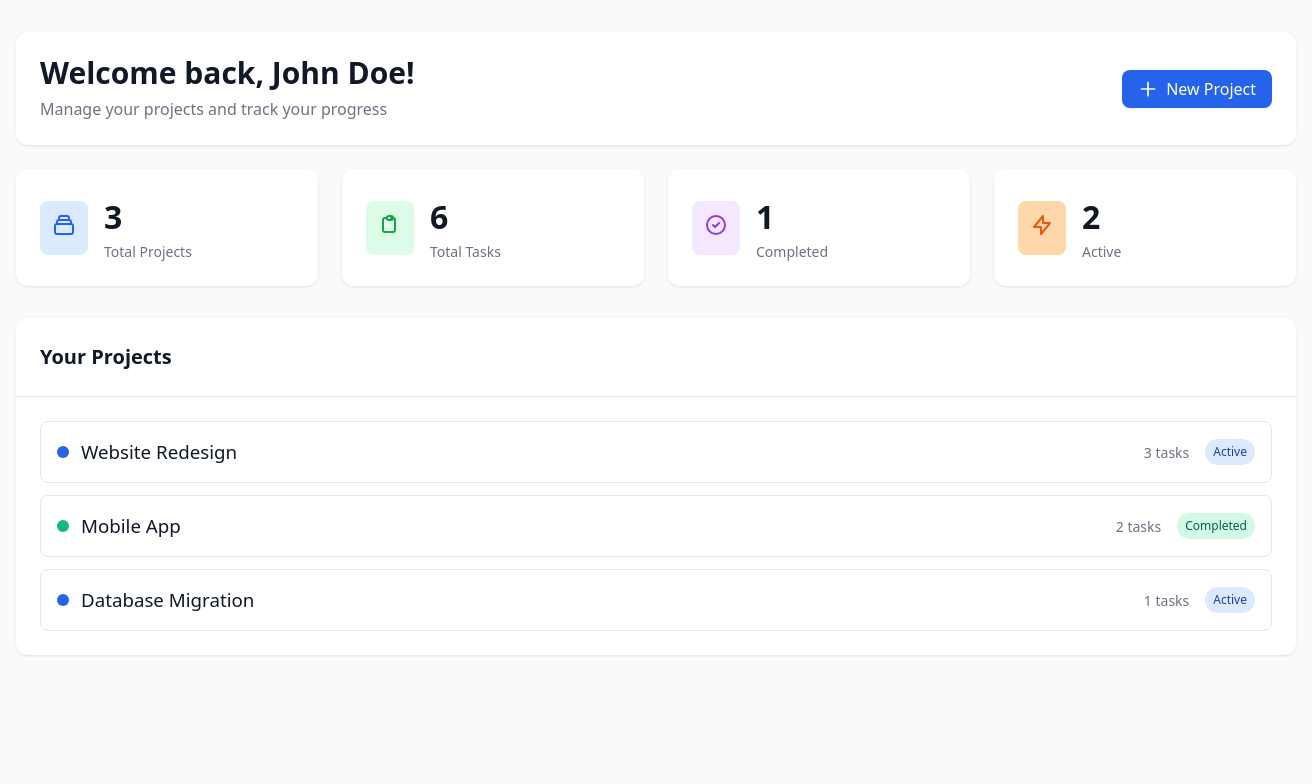
Repository: him021204/Task-Manager
Page: /dashboard (app in client/)
An editor plug-in stored every save of this project. The page is shown before and after the next save, followed by the edit.
The browser window is 1280 px wide. The page is 1312 px wide, so the pictures cover 1312 px, including what lies to the right of the window. The pictures show the whole page.
The page's requests for data from a server got no answer. The project was rebuilt for these pictures with package versions that can differ from the ones it lists, and the page was loaded fresh each time. Some packages were replaced by stand-ins written for this rebuild. No one was signed in, and anything a server would have sent is missing. Also part of the build but not shown: client/vite.config.js, client/src/pages/Login.jsx, client/src/pages/Register.jsx, client/src/pages/Analytics.jsx, client/src/pages/CalendarView.jsx.

Above is the page before, as saved 2025-06-15 16:35:39.

After the next save:
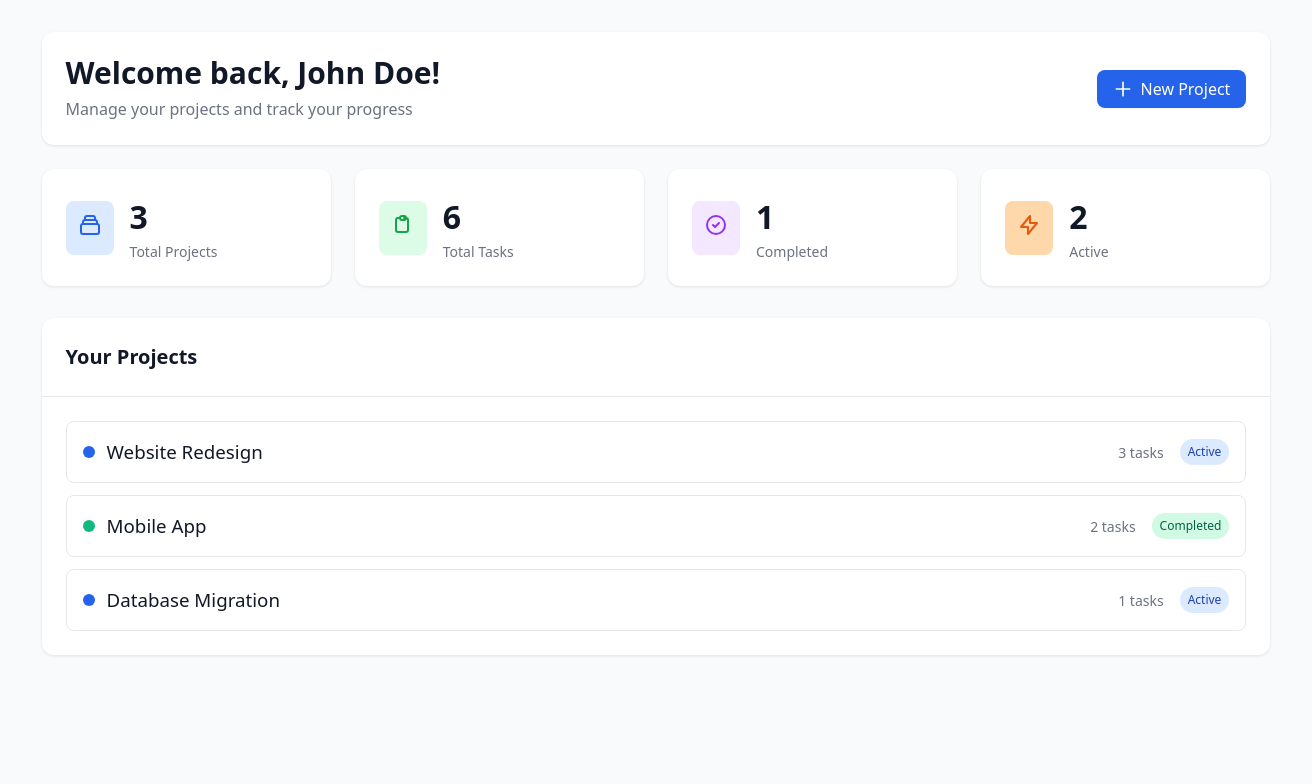
Saved 16 s later.
--- a/client/src/pages/Dashboard.css
+++ b/client/src/pages/Dashboard.css
@@ -7,7 +7,7 @@
 }
 
 .dashboard-container {
-  width: 100vw;
+  width: 96vw;
   margin: 0 auto;
 }
 
